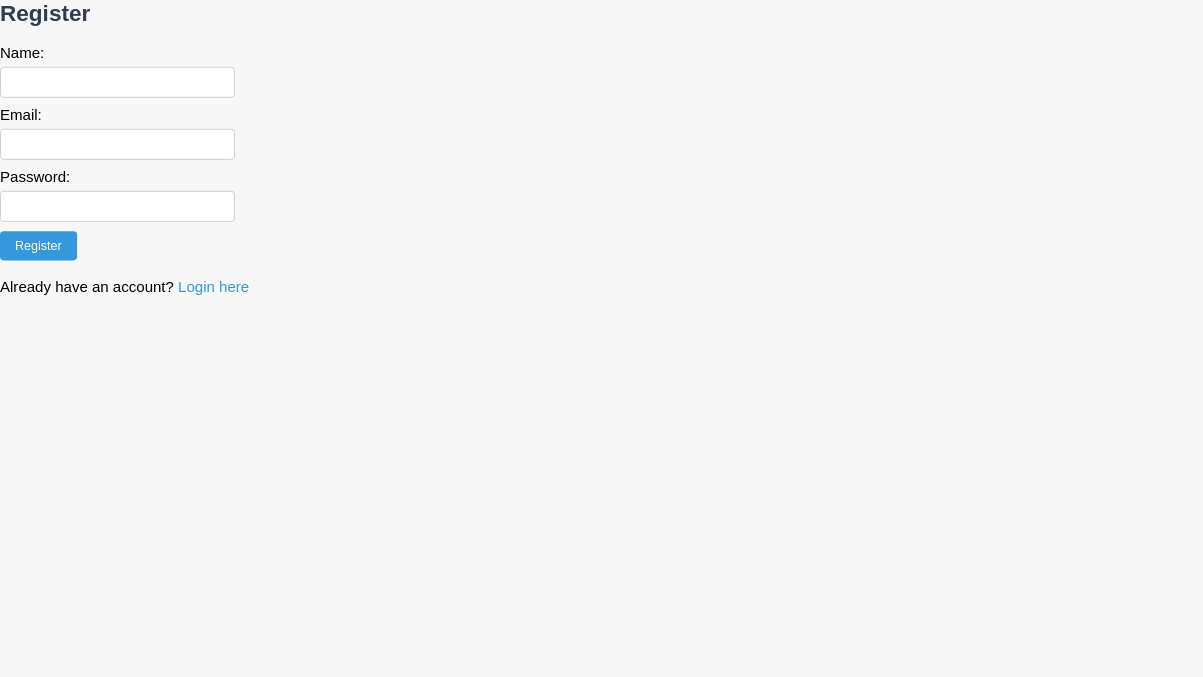
Repository: Keshabkjha/travel-booking-planner
Page: http://localhost/travel-planner/register
The author's editor kept a copy of each file at every save. The page is drawn from the files as they stood at one save, then again after the next save.
The browser window is 1280 px wide. The pictures show the whole page, at 94% of full size.
The page is served by Tomcat 9.

Above is the page before, as saved 2025-05-08 15:42:51.

After the next save:
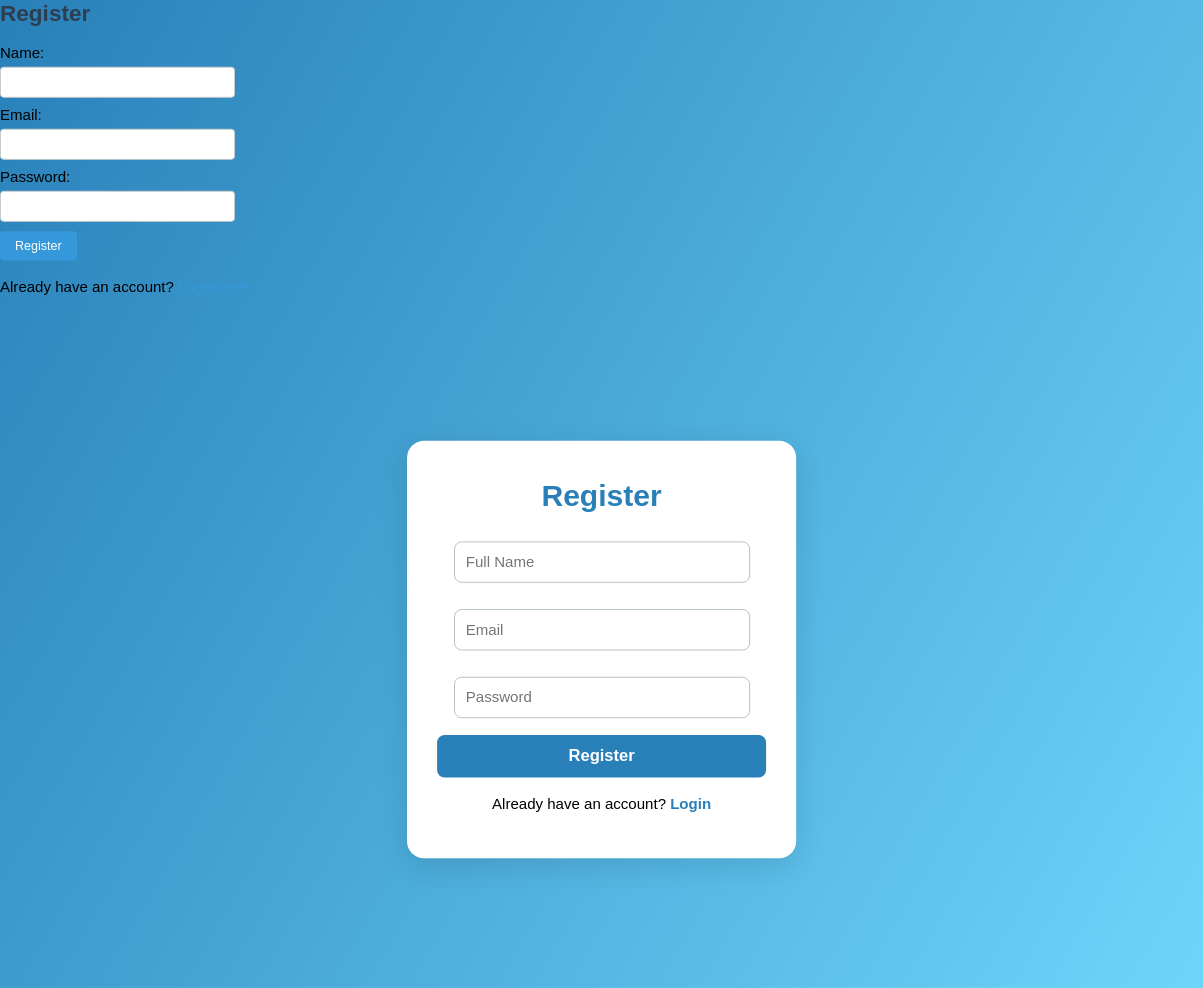
Saved 69 s later.
--- a/travel-and-booking planner website/travel-planner/src/main/webapp/WEB-INF/jsp/register.jsp
+++ b/travel-and-booking planner website/travel-planner/src/main/webapp/WEB-INF/jsp/register.jsp
@@ -21,3 +21,101 @@
     </p>
 </body>
 </html>
+
+<%@ page contentType="text/html;charset=UTF-8" %>
+<!DOCTYPE html>
+<html lang="en">
+<head>
+    <title>Register - Travel Planner</title>
+    <link rel="stylesheet" href="../static/css/style.css">
+    <style>
+        body {
+            background: linear-gradient(120deg, #2980b9 0%, #6dd5fa 100%);
+            min-height: 100vh;
+            margin: 0;
+            padding: 0;
+        }
+        .auth-container {
+            display: flex;
+            flex-direction: column;
+            align-items: center;
+            justify-content: center;
+            min-height: 100vh;
+        }
+        .auth-box {
+            background: #fff;
+            padding: 2.5em 2em 2em 2em;
+            border-radius: 18px;
+            box-shadow: 0 8px 32px rgba(0,0,0,0.12);
+            width: 350px;
+            max-width: 95vw;
+            text-align: center;
+        }
+        .auth-title {
+            font-size: 2em;
+            color: #2980b9;
+            margin-bottom: 0.5em;
+            font-weight: bold;
+        }
+        .auth-box input[type="text"],
+        .auth-box input[type="email"],
+        .auth-box input[type="password"] {
+            width: 90%;
+            padding: 12px;
+            margin: 10px 0 18px 0;
+            border: 1px solid #b2bec3;
+            border-radius: 8px;
+            font-size: 1em;
+        }
+        .auth-btn {
+            width: 100%;
+            background: #2980b9;
+            color: #fff;
+            border: none;
+            padding: 12px 0;
+            border-radius: 8px;
+            font-size: 1.1em;
+            font-weight: bold;
+            cursor: pointer;
+            transition: background 0.3s;
+        }
+        .auth-btn:hover {
+            background: #6dd5fa;
+            color: #2980b9;
+        }
+        .auth-link {
+            margin-top: 1.2em;
+            font-size: 1em;
+        }
+        .auth-link a {
+            color: #2980b9;
+            text-decoration: none;
+            font-weight: bold;
+        }
+        .auth-link a:hover {
+            text-decoration: underline;
+        }
+        .error-msg {
+            color: #e74c3c;
+            margin-bottom: 1em;
+        }
+    </style>
+</head>
+<body>
+    <div class="auth-container">
+        <div class="auth-box">
+            <div class="auth-title">Register</div>
+            <form action="${pageContext.request.contextPath}/register" method="post">
+                <input type="text" name="name" placeholder="Full Name" required><br>
+                <input type="email" name="email" placeholder="Email" required><br>
+                <input type="password" name="password" placeholder="Password" required><br>
+                <button class="auth-btn" type="submit">Register</button>
+            </form>
+            <div class="auth-link">
+                Already have an account? <a href="login.jsp">Login</a>
+            </div>
+            <div class="error-msg">${error}</div>
+        </div>
+    </div>
+</body>
+</html>
